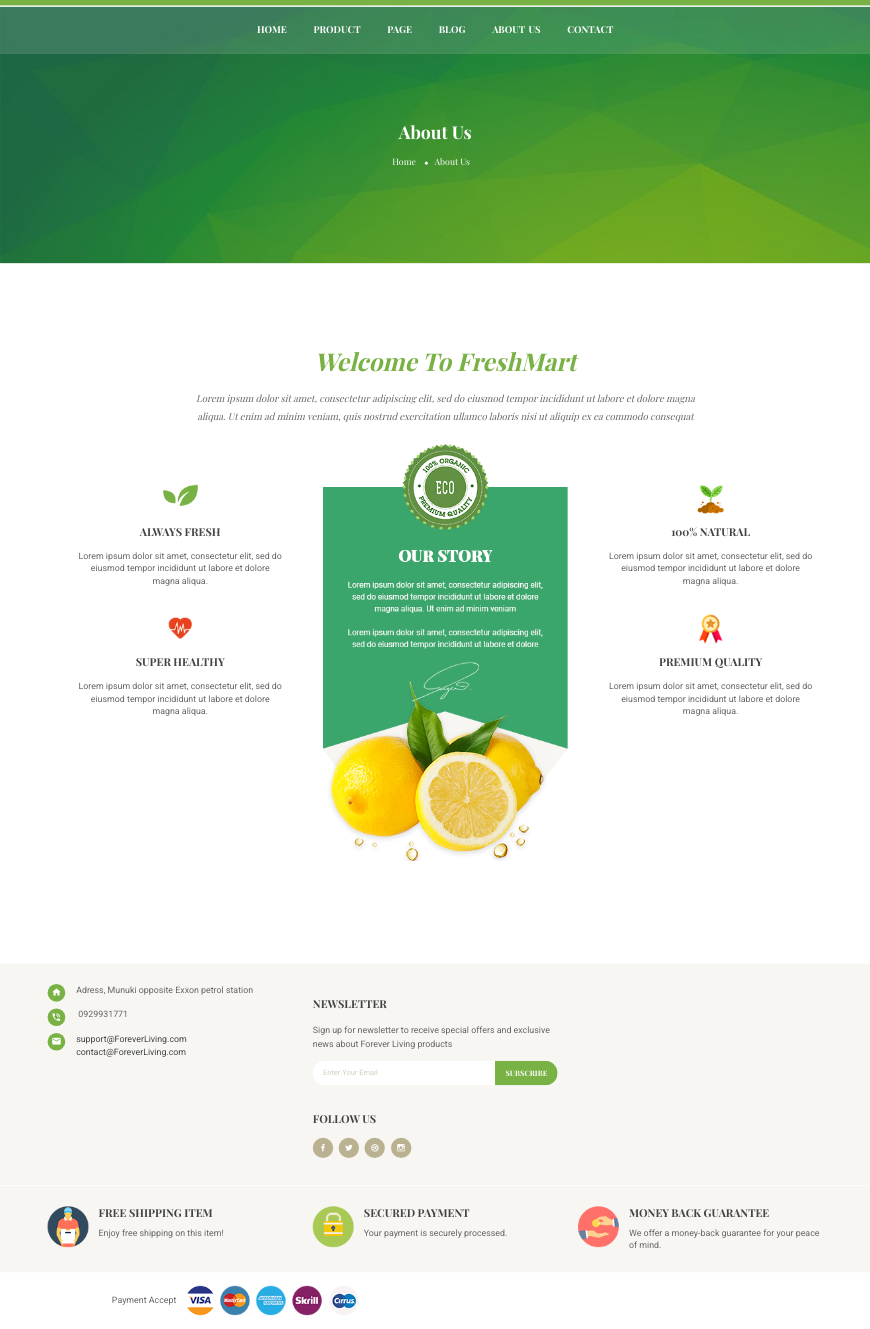
Repository: the-karanja/ForeverLiving2
Page: page-about-us.html
The author's editor kept a copy of each file at every save. The page is drawn from the files as they stood at one save, then again after the next save.
The browser window is 1280 px wide. The pictures show the whole page, at 68% of full size.
Some web fonts or font styles are not loaded; a fallback is used.

Above is the page before, as saved 2024-06-20 19:15:22.

After the next save:
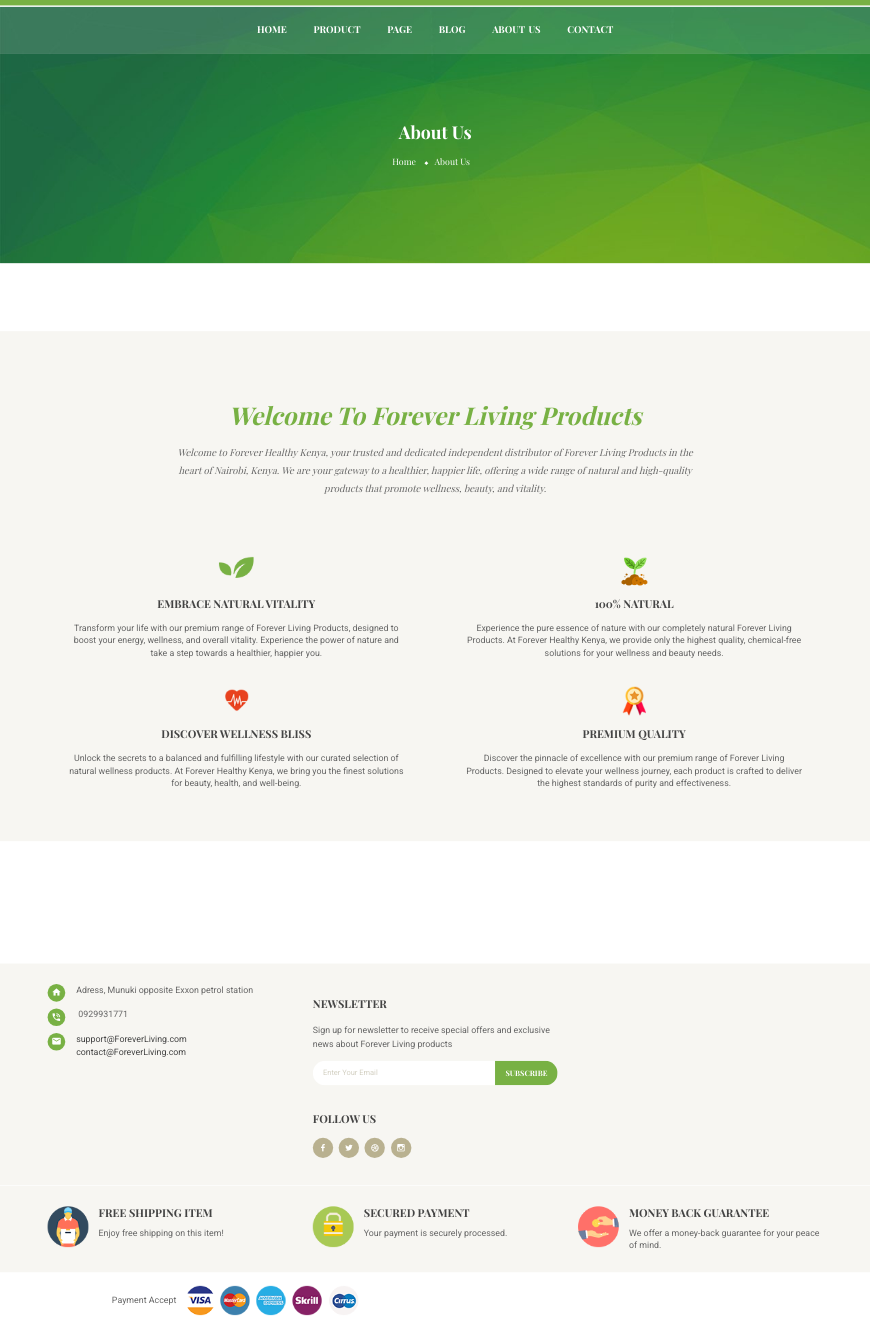
Saved 52 s later.
--- a/page-about-us.html
+++ b/page-about-us.html
@@ -277,54 +277,54 @@
 					</div>
 				</div>
 
-				<div class="container">
-					<div class="about-us intro">
-						<div class="container">
-							<div class="row">
-								<div class="col-xs-12 col-sm-12 col-md-12 col-lg-12">
-									<div class="intro-header">
-										<h3>Welcome To FreshMart</h3>
-										<p>Lorem ipsum dolor sit amet, consectetur adipiscing elit, sed do eiusmod tempor incididunt ut labore et dolore magna aliqua. Ut enim ad minim veniam, quis nostrud exercitation ullamco laboris nisi ut aliquip ex ea commodo consequat</p>
-									</div>
-								</div>
-
-								<div class="col-lg-4 col-md-4 col-sm-12 col-xs-12">
-									<div class="intro-left">
-										<div class="intro-item">
-											<p><img src="img/intro-icon-1.png" alt="Intro Image"></p>
-											<h4>Always Fresh</h4>
-											<p>Lorem ipsum dolor sit amet, consectetur elit, sed do eiusmod tempor incididunt ut labore et dolore magna aliqua.</p>
-										</div>
-
-										<div class="intro-item">
-											<p><img src="img/intro-icon-3.png" alt="Intro Image"></p>
-											<h4>Super Healthy</h4>
-											<p>Lorem ipsum dolor sit amet, consectetur elit, sed do eiusmod tempor incididunt ut labore et dolore magna aliqua.</p>
-										</div>
-									</div>
-								</div>
-
-								<div class="col-lg-4 col-md-4 col-sm-12 col-xs-12">
-									<div class="effect">
-										<a href="#">
-											<img class="img-responsive" src="img/intro-1.png" alt="Intro Image">
-										</a>
-									</div>
-								</div>
-
-								<div class="col-lg-4 col-md-4 col-sm-12 col-xs-12">
-									<div class="intro-right">
-										<div class="intro-item">
-											<p><img src="img/intro-icon-2.png" alt="Intro Image"></p>
-											<h4>100% Natural</h4>
-											<p>Lorem ipsum dolor sit amet, consectetur elit, sed do eiusmod tempor incididunt ut labore et dolore magna aliqua.</p>
-										</div>
-
-										<div class="intro-item">
-											<p><img src="img/intro-icon-4.png" alt="Intro Image"></p>
-											<h4>Premium Quality</h4>
-											<p>Lorem ipsum dolor sit amet, consectetur elit, sed do eiusmod tempor incididunt ut labore et dolore magna aliqua.</p>
-										</div>
+				<!-- Intro -->
+				<div class="section intro">
+					<div class="container">
+						<div class="row">
+							<div class="col-xs-12 col-sm-12 col-md-12 col-lg-12">
+								<div class="intro-header">
+									<h3>Welcome To Forever Living Products</h3>
+									<p>Welcome to Forever Healthy Kenya, your trusted and dedicated independent distributor of Forever Living Products in the heart of Nairobi, Kenya. We are your gateway to a healthier, happier life, offering a wide range of natural and high-quality products that promote wellness, beauty, and vitality.</p>
+								</div>
+							</div>
+
+							<div class="col-lg-6 col-md-4 col-sm-12 col-xs-12">
+								<div class="intro-left">
+									<div class="intro-item">
+										<p><img src="img/intro-icon-1.png" alt="Intro Image"></p>
+										<h4>Embrace Natural Vitality</h4>
+										<p>Transform your life with our premium range of Forever Living Products, designed to boost your energy, wellness, and overall vitality. Experience the power of nature and take a step towards a healthier, happier you.</p>
+									</div>
+
+									<div class="intro-item">
+										<p><img src="img/intro-icon-3.png" alt="Intro Image"></p>
+										<h4>Discover Wellness Bliss</h4>
+										<p>Unlock the secrets to a balanced and fulfilling lifestyle with our curated selection of natural wellness products. At Forever Healthy Kenya, we bring you the finest solutions for beauty, health, and well-being.
+										</p>
+									</div>
+								</div>
+							</div>
+
+							<!-- <div class="col-lg-4 col-md-4 col-sm-12 col-xs-12">
+								<div class="effect">
+									<a href="#">
+										<img class="img-responsive" src="img/intro-1.png" alt="Intro Image">
+									</a>
+								</div>
+							</div> -->
+
+							<div class="col-lg-6 col-md-4 col-sm-12 col-xs-12">
+								<div class="intro-right">
+									<div class="intro-item">
+										<p><img src="img/intro-icon-2.png" alt="Intro Image"></p>
+										<h4>100% Natural</h4>
+										<p>Experience the pure essence of nature with our completely natural Forever Living Products. At Forever Healthy Kenya, we provide only the highest quality, chemical-free solutions for your wellness and beauty needs.</p>
+									</div>
+
+									<div class="intro-item">
+										<p><img src="img/intro-icon-4.png" alt="Intro Image"></p>
+										<h4>Premium Quality</h4>
+										<p>Discover the pinnacle of excellence with our premium range of Forever Living Products. Designed to elevate your wellness journey, each product is crafted to deliver the highest standards of purity and effectiveness.</p>
 									</div>
 								</div>
 							</div>
